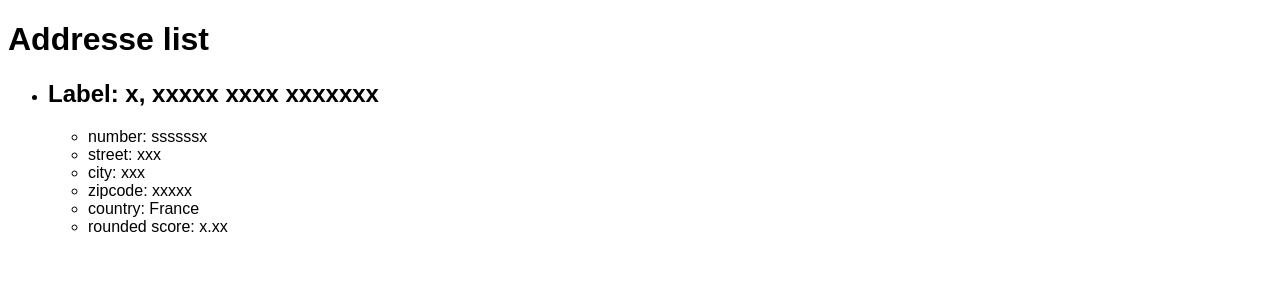
Repository: DnPako/test-forked
Page: /
These files come from the project's save history. The page is drawn as it stood at one moment and after a run of saves; the edit follows.
The browser window is 1280 px wide. The pictures show the whole page.
The page's requests for data from a server got no answer. The project was rebuilt for these pictures with package versions that can differ from the ones it lists, and the page was loaded fresh each time. No one was signed in, and anything a server would have sent is missing.

Above is the page before, as saved 2022-02-12 15:08:36.

After the next 4 saves:
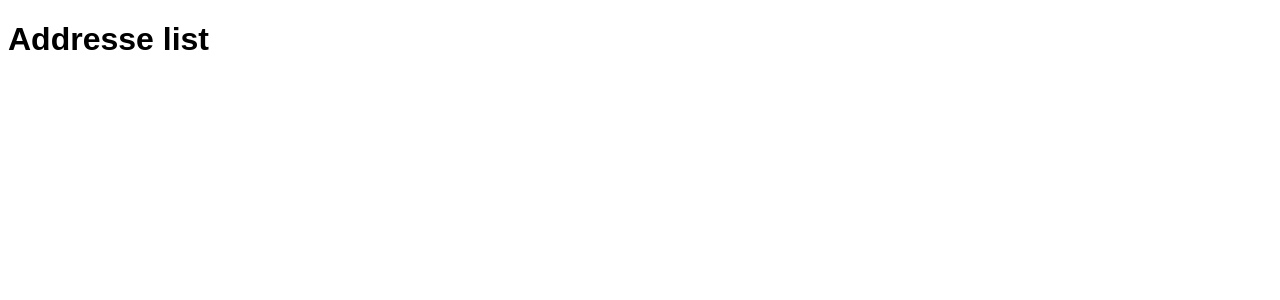
The 4 saves are shown as one change because 3 did not build or start.
The last was saved 4 min 27 s later.
--- a/src/addresses/components/Address.jsx
+++ b/src/addresses/components/Address.jsx
@@ -1,17 +1,23 @@
-const Address = () => {
-
+const Address = (props) => {
+    const {
+        addressList,
+    } = props;
     return (
-        <li>
-          <h2>Label: x, xxxxx xxxx xxxxxxx</h2>
-          <ul>
-            <li>number: ssssssx</li>
-            <li>street: xxx</li>
-            <li>city: xxx</li>
-            <li>zipcode: xxxxx</li>
-            <li>country: France</li>
-            <li>rounded score: x.xx</li>
-          </ul>
-        </li>
+        <>
+        {addressList.length !== 0 && (
+            <li>
+                <h2>Label: x, xxxxx xxxx xxxxxxx</h2>
+                <ul>
+                    <li>number: ssssssx</li>
+                    <li>street: xxx</li>
+                    <li>city: xxx</li>
+                    <li>zipcode: xxxxx</li>
+                    <li>country: France</li>
+                    <li>rounded score: x.xx</li>
+                </ul>
+            </li>
+        )}
+        </>
     );
 };
 
